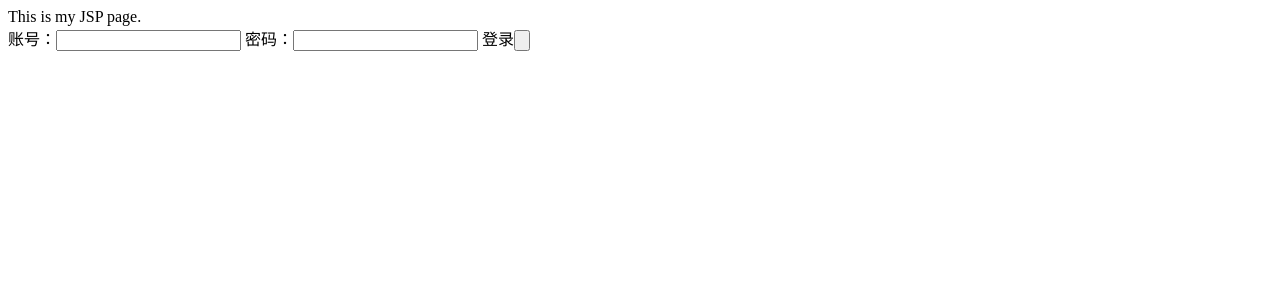
Repository: gaoliangncepu/JavaEEBySXT
Page: http://localhost/HelloWorld/Method.jsp
An editor plug-in stored every save of this project. The page is shown before and after the next save, followed by the edit.
The browser window is 1280 px wide. The pictures show the whole page.
The page is served by Tomcat 9.

Above is the page before, as saved 2018-09-06 14:38:40.

After the next save:
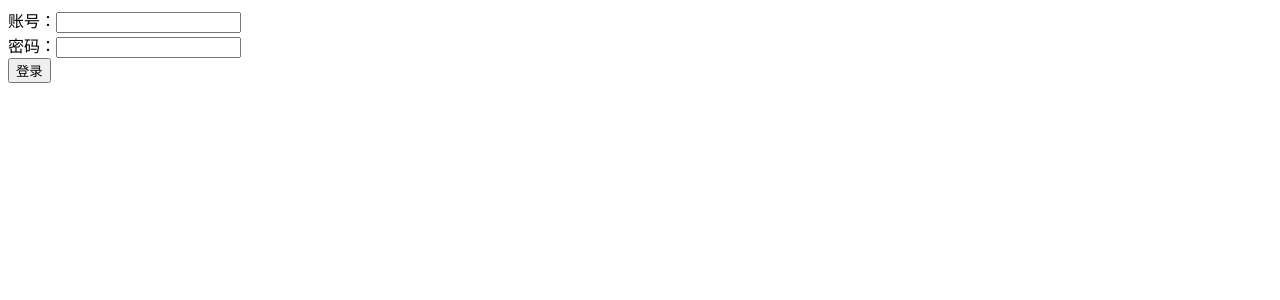
Saved 4 min 34 s later.
--- a/HelloWorld/WebRoot/Method.jsp
+++ b/HelloWorld/WebRoot/Method.jsp
@@ -23,9 +23,10 @@ String basePath = request.getScheme()+"://"+request.getServerName()+":"+request.
   </head>
 
   <body>
-    This is my JSP page. <br>
-    	账号：<input type="text" name="uname">
-    	密码：<input type="text" name="pwd">
-    	登录<input type="button">
+    	<form action="method" method="get">
+    		账号：<input type="text" name="uname" value=""><br />
+    		密码：<input type="text" name="pwd" value=""><br />
+    		<input type="submit" value="登录">
+    	</form>
   </body>
 </html>
